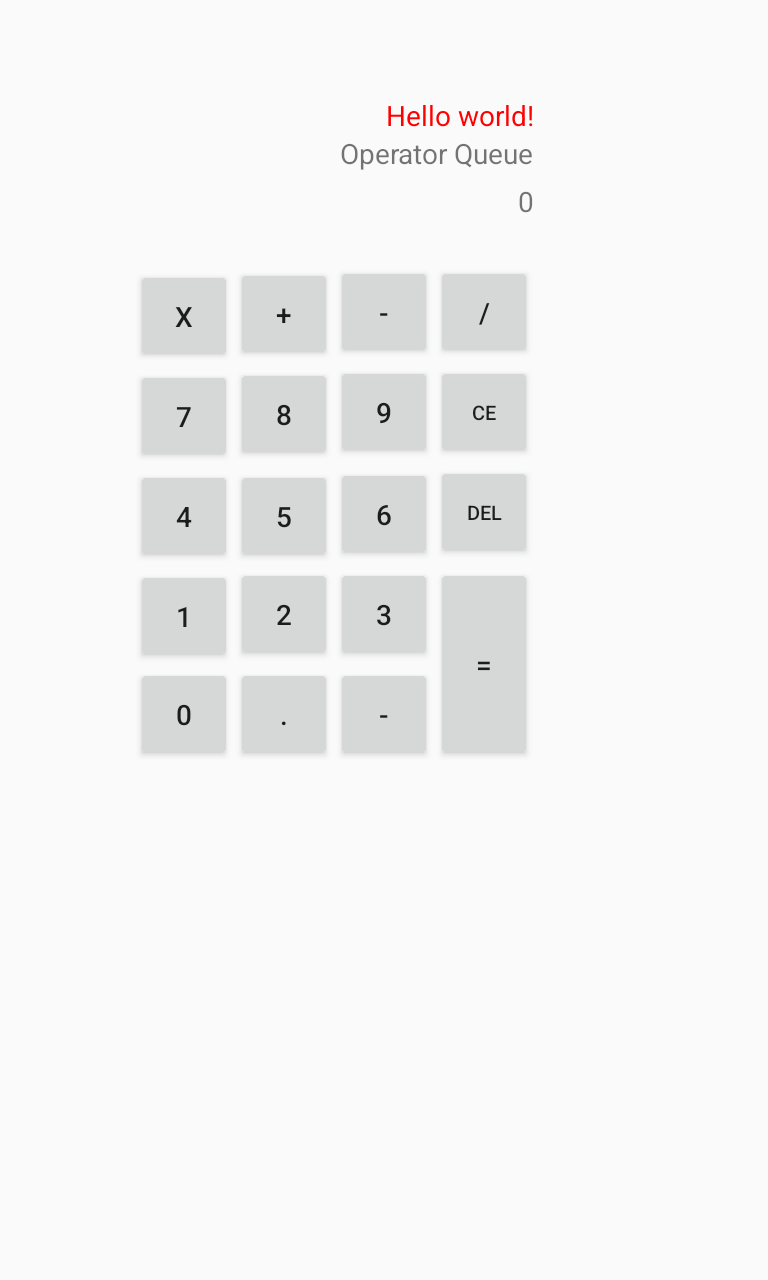
Repository: expensivecow/Calculator
Layout: Calculator_Implementation/res/layout/activity_main.xml
These files come from the project's save history. The layout is drawn as it stood at one moment and after the next save; the edit follows.
It is drawn on a 768 x 1280 px phone screen (xhdpi) without system bars, with theme AppTheme; the app's code is not run.

Above is the layout before, as saved 2014-10-08 19:01:26.

After the next save:
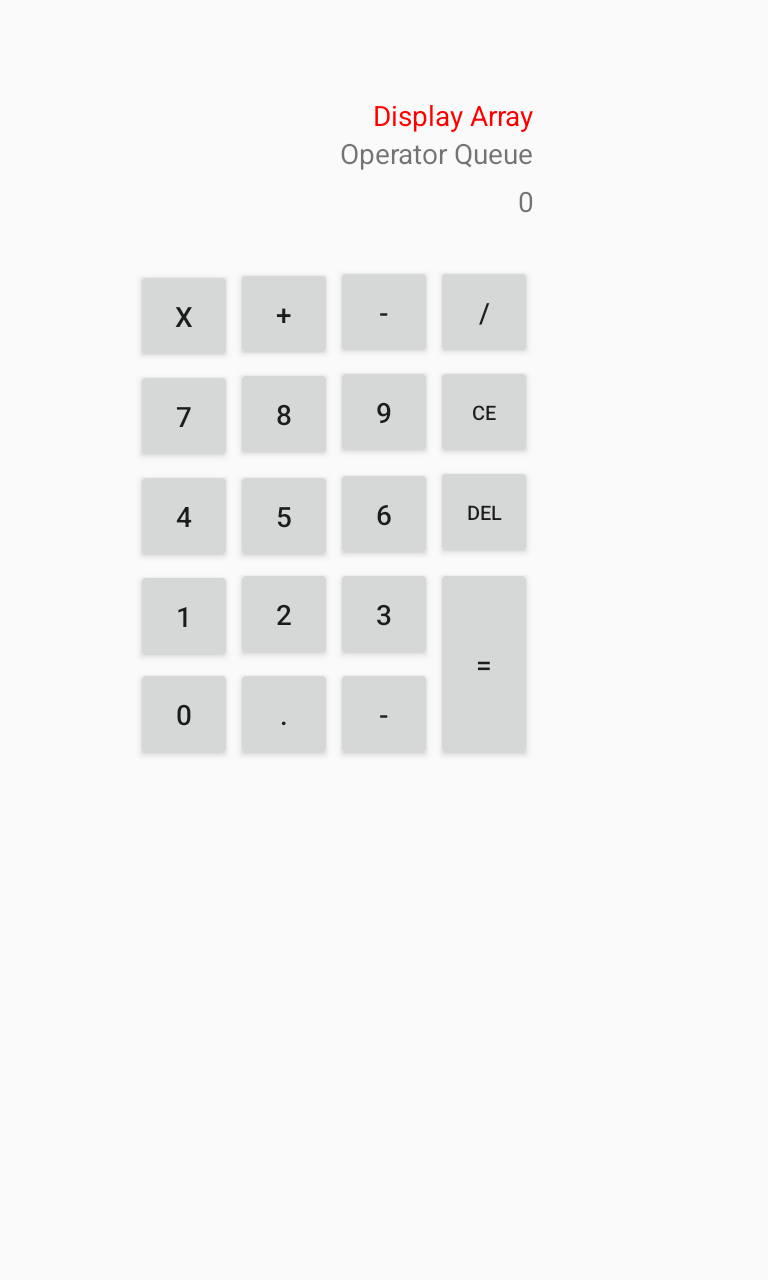
Saved 4 s later.
--- a/Calculator_Implementation/res/layout/activity_main.xml
+++ b/Calculator_Implementation/res/layout/activity_main.xml
@@ -153,7 +153,7 @@
         android:layout_alignParentTop="true"
         android:layout_alignRight="@+id/DisplayResult"
         android:layout_marginTop="32dp"
-        android:text="@string/hello_world"
+        android:text="@string/DisplayArray"
         android:textColor="#FF0000" />
 
     <Button
